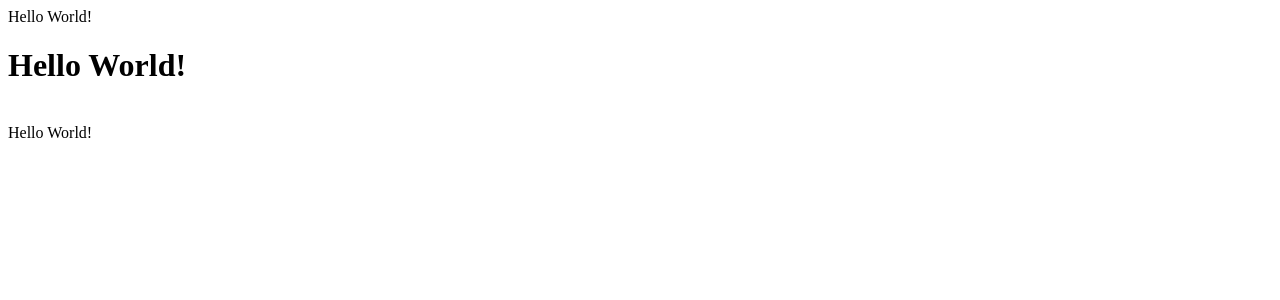
Repository: aayaaaaaaa/JciTriningg
Page: http://localhost/
These files come from the project's save history. The page is drawn as it stood at one moment and after the next save; the edit follows.
The browser window is 1280 px wide. The pictures show the whole page.
The page is run by PHP 8.4 with error messages shown; the project is at /var/www/html/.

Above is the page before, as saved 2023-08-16 19:26:21.

After the next save:
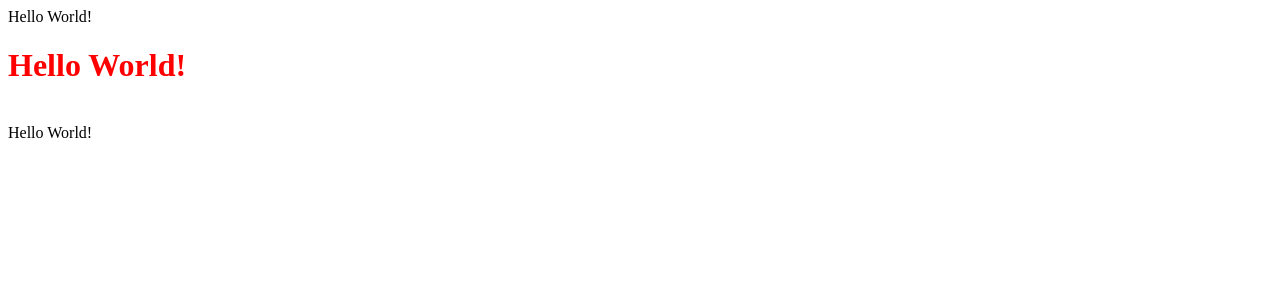
Saved 35 s later.
--- a/index.php
+++ b/index.php
@@ -6,7 +6,7 @@
 
 <?php
 ECHO "Hello World!<br>";
-echo "<h1>Hello World!</h1><br>";
+echo "<h1 style='color:red'>Hello World!</h1><br>";
 EcHo "Hello World!<br>";
 ?>
 
